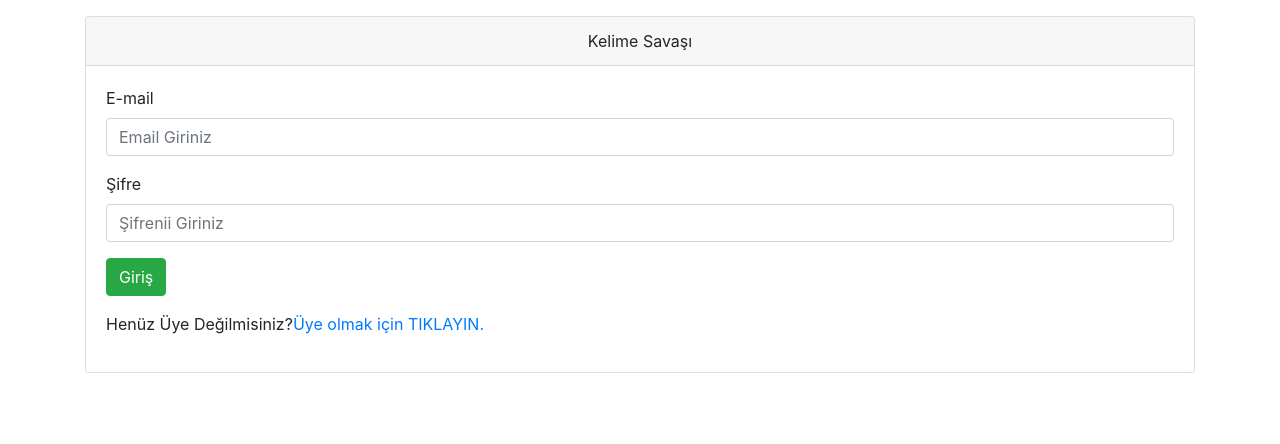
Repository: triapost/kelimeapp
Page: /login
The author's editor kept a copy of each file at every save. The page is drawn from the files as they stood at one save, then again after the next save.
The browser window is 1280 px wide. The pictures show the whole page.
The project was rebuilt for these pictures with package versions that can differ from the ones it lists, and the page was loaded fresh each time. Also part of the build but not shown: src/pages/auth/Register.js, src/pages/home/Home.js.

Above is the page before, as saved 2020-09-15 22:31:04.

### public/index.html
<!DOCTYPE html>
<html lang="en">
  <head>
    <meta charset="utf-8" />
    <link rel="icon" href="%PUBLIC_URL%/favicon.ico" />
    <meta name="viewport" content="width=device-width, initial-scale=1" />
    <meta name="theme-color" content="#000000" />
    <meta
      name="description"
      content="Web site created using create-react-app"
    />
    <link rel="apple-touch-icon" href="%PUBLIC_URL%/logo192.png" />
    <!--
      manifest.json provides metadata used when your web app is installed on a
      user's mobile device or desktop. See https://developers.google.com/web/fundamentals/web-app-manifest/
    -->
    <link rel="manifest" href="%PUBLIC_URL%/manifest.json" />
    <link
      rel="stylesheet"
      href="https://stackpath.bootstrapcdn.com/bootstrap/4.5.2/css/bootstrap.min.css"
      integrity="sha384-JcKb8q3iqJ61gNV9KGb8thSsNjpSL0n8PARn9HuZOnIxN0hoP+VmmDGMN5t9UJ0Z"
      crossorigin="anonymous"
    />
    <!--
      Notice the use of %PUBLIC_URL% in the tags above.
      It will be replaced with the URL of the `public` folder during the build.
      Only files inside the `public` folder can be referenced from the HTML.

      Unlike "/favicon.ico" or "favicon.ico", "%PUBLIC_URL%/favicon.ico" will
      work correctly both with client-side routing and a non-root public URL.
      Learn how to configure a non-root public URL by running `npm run build`.
    -->
    <title>React App</title>
  </head>
  <body>
    <noscript>You need to enable JavaScript to run this app.</noscript>
    <div id="root"></div>
    <!--
      This HTML file is a template.
      If you open it directly in the browser, you will see an empty page.

      You can add webfonts, meta tags, or analytics to this file.
      The build step will place the bundled scripts into the <body> tag.

      To begin the development, run `npm start` or `yarn start`.
      To create a production bundle, use `npm run build` or `yarn build`.
    -->
  </body>
</html>

### src/pages/index.js
export { default as Login } from "./auth/Login";
export { default as Register } from "./auth/Register";
export { default as Home } from "./home/Home";

### src/pages/auth/Login.js
import React, { useState } from "react";
import { Link } from "react-router-dom";

const Login = () => {
  return (
    <div className="container">
      <div className="card mt-3 ">
        <div className="card-header text-center">Kelime Savaşı</div>
        <div className="card-body">
          <form>
            <div className="form-group">
              <label htmlFor="">E-mail</label>
              <input
                type="email"
                className="form-control"
                placeholder="Email Giriniz"
                name="email"
                required
              />
            </div>
            <div className="form-group">
              <label htmlFor="">Şifre</label>
              <input
                type="password"
                className="form-control"
                placeholder="Şifrenii Giriniz"
                name="password"
                required
              />
            </div>
            <div className="form-group">
              <button className="btn btn-success">Giriş</button>
            </div>{" "}
            <div className="form-group">
              Henüz Üye Değilmisiniz?
              <Link to="/register">Üye olmak için TIKLAYIN.</Link>
            </div>
          </form>
        </div>
      </div>
    </div>
  );
};

export default Login;

Loaded but not shown: src/index.js (common file); src/App.js (common file)

After the next save:
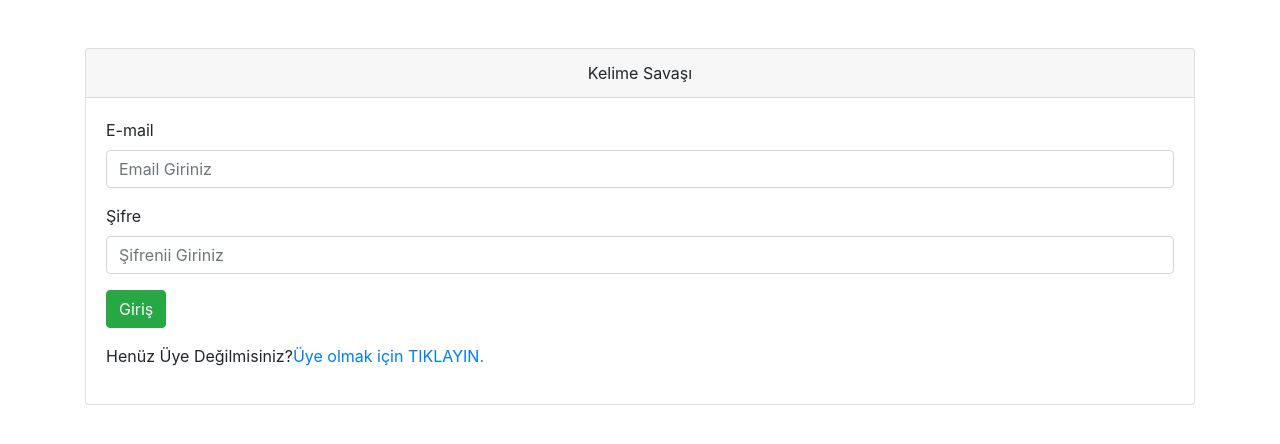
Saved 6 s later.
--- a/src/pages/auth/Login.js
+++ b/src/pages/auth/Login.js
@@ -4,7 +4,7 @@ import { Link } from "react-router-dom";
 const Login = () => {
   return (
     <div className="container">
-      <div className="card mt-3 ">
+      <div className="card mt-5 ">
         <div className="card-header text-center">Kelime Savaşı</div>
         <div className="card-body">
           <form>
